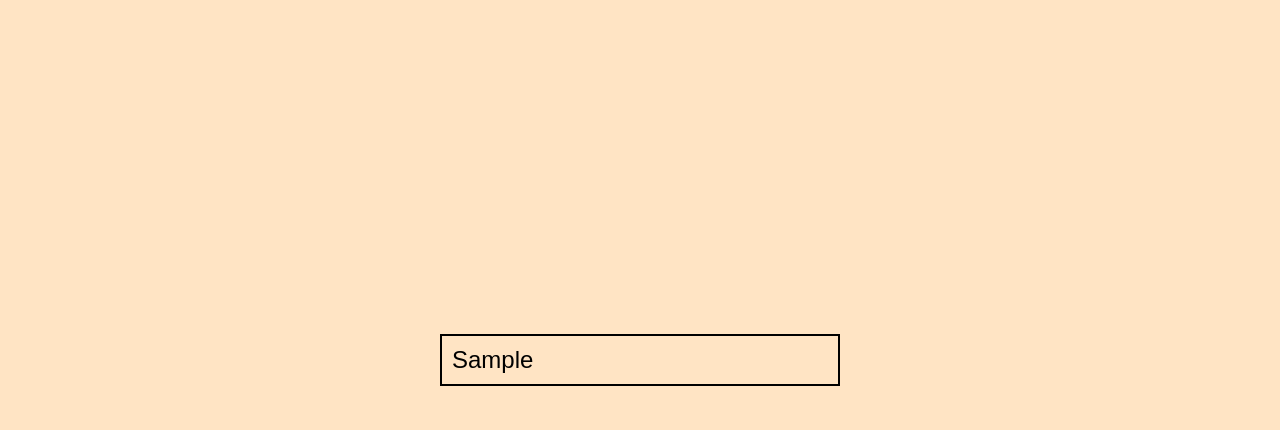
Repository: JunaidAnsari202/Password-Checker
Page: index.html
The author's editor kept a copy of each file at every save. The page is drawn from the files as they stood at one save, then again after a run of saves.
The browser window is 1280 px wide. The pictures show the whole page.
Empty fields were first filled with sample values (such as "Sample", 5 or name@example.com).
After loading, the first visible `#password` was changed once.

Above is the page before, as saved 2024-10-13 10:51:35.
Console error: ReferenceError: outfield is not defined

### index.html
<!DOCTYPE html>
<html lang="en">
<head>
    <meta charset="UTF-8">
    <meta name="viewport" content="width=device-width, initial-scale=1.0">
    <title>Document</title>
    <link rel="stylesheet" href="style.css">
</head>
<body>
    <div class="container">

        <div class="input">
            <input type="text" id="password" placeholder="Enter your password">
        </div>
        <div class="output">
            <span id="output"></span>
        </div>
    </div>

    <script src="script.js"></script>
</body>
</html>

### style.css
*{
    box-sizing: border-box;
    margin: 0;
    padding: 0;
}

body{
    background-color: bisque;
    display: flex;
    align-items: center;
    justify-content: center;
    height: 100vh;
}

#password{
    width: 400px;
    padding:10px ;
    font-size: 1.5rem;
    background-color: bisque;
    border: 2px solid black;

}

#password:focus{
    outline: none;
}

### script.js
const inputField = document.querySelector('#password');
const outField = document.querySelector('#output');


inputField.addEventListener('input',function(){

    let password = inputField.value;

    if(password.length<8){
        outfield.innerText  = 'Password is too short';
        outfield.style.color= 'red';

    }else{
        outfield.innerText = 'Password is too long enough';
        outfield.style.color= 'green';

    }
});

After the next 6 saves:
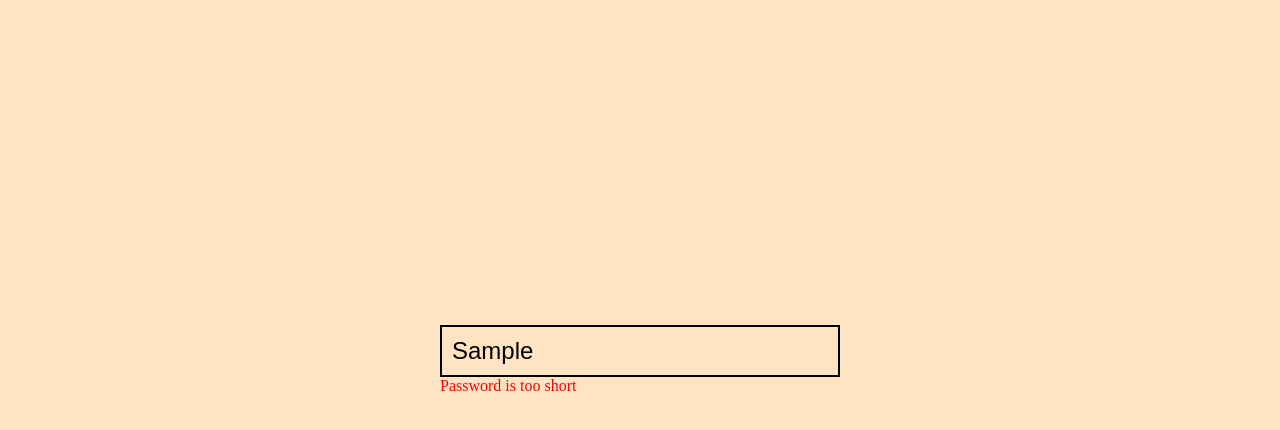
The error is gone.
The 6 saves are shown as one change because they came seconds apart.
The last was saved 16 s later.
--- a/script.js
+++ b/script.js
@@ -7,12 +7,12 @@ inputField.addEventListener('input',function(){
     let password = inputField.value;
 
     if(password.length<8){
-        outfield.innerText  = 'Password is too short';
-        outfield.style.color= 'red';
+        outField.innerText  = 'Password is too short';
+        outField.style.color= 'red';
 
     }else{
-        outfield.innerText = 'Password is too long enough';
-        outfield.style.color= 'green';
+        outField.innerText = 'Password is too long enough';
+        outField.style.color= 'green';
 
     }
 });
